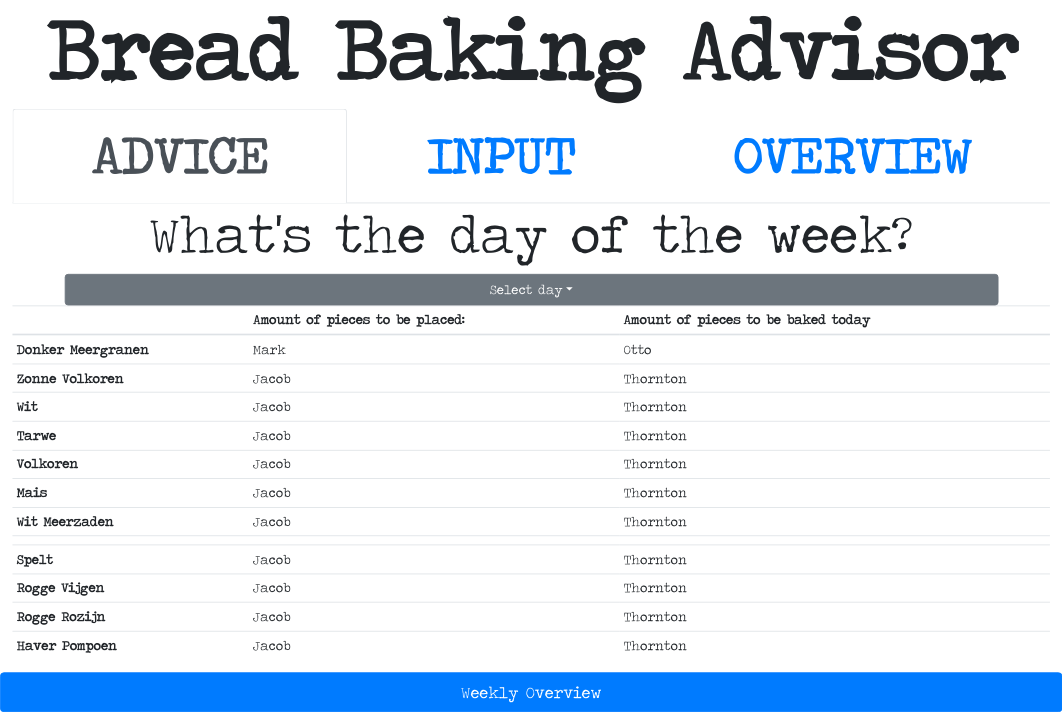
Repository: MarthGimenzo/bread-baking-advisor
Page: index.html
The author's editor kept a record of every edit. The page is drawn from the files as they stood at one moment, then again after the next edit.
The browser window is 1280 px wide. The pictures show the whole page, at 83% of full size.

Above is the page before.

### index.html
<!doctype html>
<html lang="en">

<head>
    <!-- Required meta tags -->
    <meta charset="utf-8">
    <meta name="viewport" content="width=device-width, initial-scale=1, shrink-to-fit=no">

    <!-- Bootstrap CSS -->
    <link rel="stylesheet" href="https://stackpath.bootstrapcdn.com/bootstrap/4.3.1/css/bootstrap.min.css" integrity="sha384-ggOyR0iXCbMQv3Xipma34MD+dH/1fQ784/j6cY/iJTQUOhcWr7x9JvoRxT2MZw1T" crossorigin="anonymous">
    <link rel="stylesheet" href="" type="text/css" />
    <link rel="stylesheet" href="assets/css/stylesheet.css" type="text/css" charset="utf-8" />
    <title>Bread Baking Advisor</title>
</head>

<body>

    <h1>Bread Baking Advisor</h1>
    <div class="container-fluid">
        <ul class="nav nav-tabs nav-fill">
            <li class="nav-item">
                <a class="nav-link active" href="#">ADVICE</a>
            </li>
            <li class="nav-item">
                <a class="nav-link" href="#">INPUT</a>
            </li>
            <li class="nav-item">
                <a class="nav-link" href="#">OVERVIEW</a>
            </li>
        </ul>
    </div>
    <h2>What's the day of the week?</h2>
    <div class="container-fluid">
        <div class="dropdown">
            <button class="btn btn-secondary dropdown-toggle" type="button" id="dropdownMenuButton" data-toggle="dropdown" aria-haspopup="true" aria-expanded="false">Select day</button>
            <div class="dropdown-menu" aria-labelledby="dropdownMenuButton">
                <a class="dropdown-item" href="#">Tuesday</a>
                <a class="dropdown-item" href="#">Wednesday</a>
                <a class="dropdown-item" href="#">Thursday</a>
                <a class="dropdown-item" href="#">Friday</a>
                <a class="dropdown-item" href="#">Saturday</a>
                <a class="dropdown-item" href="#">Sunday</a>
            </div>
        </div>
    </div>
    <div class="container-fluid">
        <table class="table table-sm">
            <thead>
                <tr>
                    <th scope="col"></th>
                    <th scope="col">Amount of pieces to be placed:</th>
                    <th scope="col">Amount of pieces to be baked today</th>

                </tr>
            </thead>
            <tbody>
                <tr>
                    <th scope="row">Donker Meergranen</th>
                    <td>Mark</td>
                    <td>Otto</td>
                </tr>
                <tr>
                    <th scope="row">Zonne Volkoren</th>
                    <td>Jacob</td>
                    <td>Thornton</td>
                </tr>
                <tr>
                    <th scope="row">Wit</th>
                    <td>Jacob</td>
                    <td>Thornton</td>
                </tr>
                <tr>
                    <th scope="row">Tarwe</th>
                    <td>Jacob</td>
                    <td>Thornton</td>
                </tr>
                <tr>
                    <th scope="row">Volkoren</th>
                    <td>Jacob</td>
                    <td>Thornton</td>
                </tr>
                <tr>
                    <th scope="row">Mais</th>
                    <td>Jacob</td>
                    <td>Thornton</td>
                </tr>
                <tr>
                    <th scope="row">Wit Meerzaden</th>
                    <td>Jacob</td>
                    <td>Thornton</td>
                </tr>
                <tr>
                    <th scope="row"></th>
                    <td></td>
                    <td></td>
                </tr>
                <tr>
                    <th scope="row">Spelt</th>
                    <td>Jacob</td>
                    <td>Thornton</td>
                </tr>
                <tr>
                    <th scope="row">Rogge Vijgen</th>
                    <td>Jacob</td>
                    <td>Thornton</td>
                </tr>
                <tr>
                    <th scope="row">Rogge Rozijn</th>
                    <td>Jacob</td>
                    <td>Thornton</td>
                </tr>
                <tr>
                    <th scope="row">Haver Pompoen</th>
                    <td>Jacob</td>
                    <td>Thornton</td>
                </tr>
            </tbody>
        </table>
    </div>
<footer>
    <button type="button" class="btn btn-primary btn-lg btn-block">Weekly Overview</button>
</footer>



    <!-- Optional JavaScript -->
    <!-- jQuery first, then Popper.js, then Bootstrap JS -->
    <script src="https://code.jquery.com/jquery-3.3.1.slim.min.js" integrity="sha384-q8i/X+965DzO0rT7abK41JStQIAqVgRVzpbzo5smXKp4YfRvH+8abtTE1Pi6jizo" crossorigin="anonymous"></script>
    <script src="https://cdnjs.cloudflare.com/ajax/libs/popper.js/1.14.7/umd/popper.min.js" integrity="sha384-UO2eT0CpHqdSJQ6hJty5KVphtPhzWj9WO1clHTMGa3JDZwrnQq4sF86dIHNDz0W1" crossorigin="anonymous"></script>
    <script src="https://stackpath.bootstrapcdn.com/bootstrap/4.3.1/js/bootstrap.min.js" integrity="sha384-JjSmVgyd0p3pXB1rRibZUAYoIIy6OrQ6VrjIEaFf/nJGzIxFDsf4x0xIM+B07jRM" crossorigin="anonymous"></script>
</body>

</html>

### assets/css/stylesheet.css
/*! Generated by Font Squirrel (https://www.fontsquirrel.com) on October 22, 2019 */

@font-face {
    font-family: 'traveling__typewriterregular';
    src: url('fonts/travelingtypewriter-webfont.woff2') format('woff2'),
         url('fonts/travelingtypewriter-webfont.woff') format('woff');
    font-weight: normal;
    font-style: normal;

}

h1 {
  font-size: 8vw;
  text-align: center;
  font-weight: bold;
}

h2 {
  font-size: 5vw;
  text-align: center;
}

.nav-link {
  font-size: 5vw;
  text-align: center;
  font-weight: bold;
}

.dropdown {
  font-size: 1vw;
  text-align: center;
  font-weight: bold;

}

button {
  width: 90%;

}

body {
    font-family: 'traveling__typewriterregular', Arial, sans-serif;

}

After the next edit:
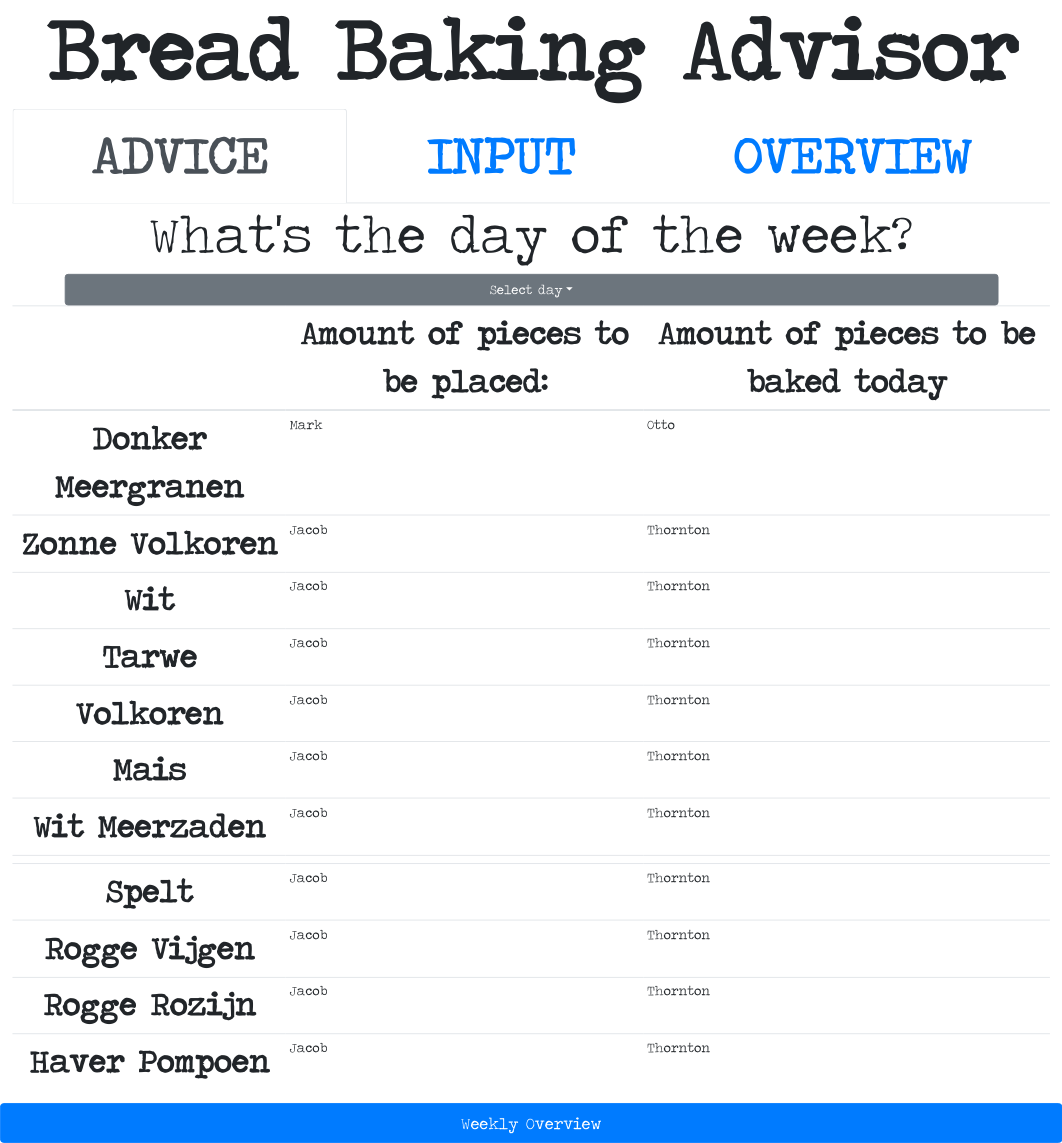
The edit:
--- a/assets/css/stylesheet.css
+++ b/assets/css/stylesheet.css
@@ -17,6 +17,11 @@
 
 h2 {
   font-size: 5vw;
+  text-align: center;
+}
+
+th {
+  font-size: 3vw;
   text-align: center;
 }
 
